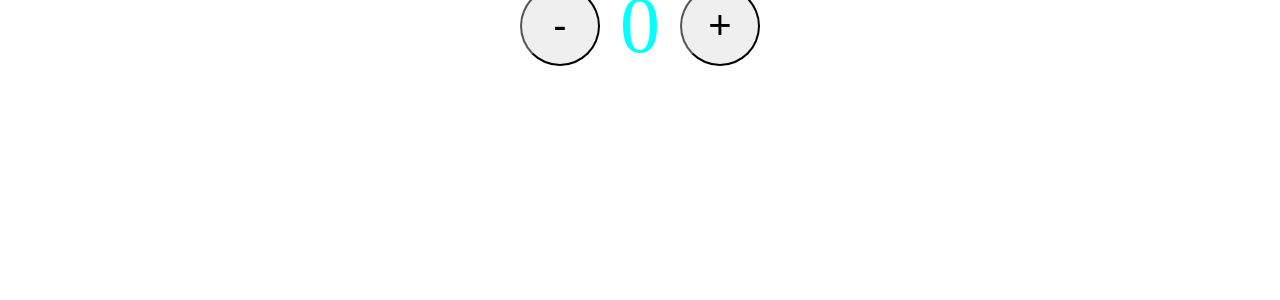
Repository: zRush1202/LoginPage-demo
Page: dom/exercise/counter.html
These files come from the project's save history. The page is drawn as it stood at one moment and after the next save; the edit follows.
The browser window is 1280 px wide. The pictures show the whole page.

Above is the page before, as saved 2023-09-16 20:40:40.

### dom/exercise/counter.html
<!DOCTYPE html>
<html lang="en">
<head>
    <meta charset="UTF-8">
    <meta name="viewport" content="width=device-width, initial-scale=1.0">
    <title>Counter</title>
    <link rel="stylesheet" href="counter.css">
</head>
<body>
    <div class="box">
        <button class="des">-</button>
        <span class="num">0</span>
        <button class="ins">+</button>
    </div>
    <script src="counter.js"></script>
</body>
</html>

### dom/exercise/counter.css
* {
    margin: 0;
    padding: 0;
}

.box {
    display: flex;
    justify-content: center;
    align-items: center;
    text-align: center;
    position: relative;
    bottom: 20px;
}

.num {
    color: aqua;
    text-align: center;
    font-size: 80px;
    margin-left: 20px;
    margin-right: 20px;
}

.des, .ins{
    height: 80px;
    width: 80px;
    font-size: 40px;
    border-radius: 40px;
}

Loaded but not shown: dom/exercise/counter.js (no stored copy; drawn as an empty file)

After the next save:
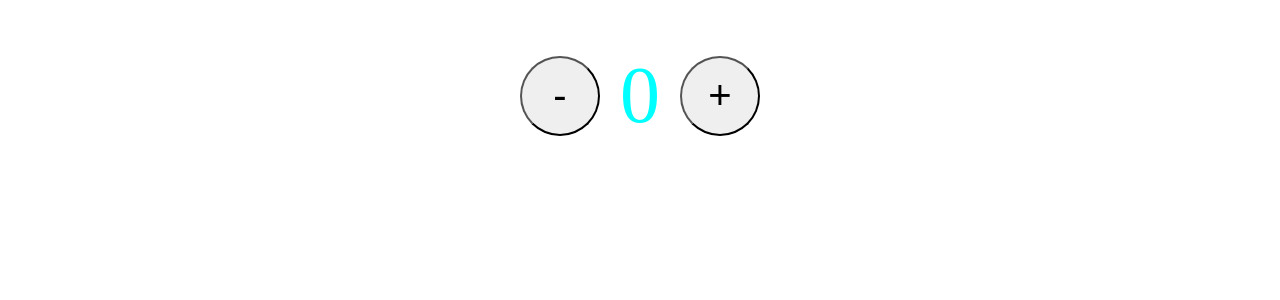
Saved 10 s later.
--- a/dom/exercise/counter.css
+++ b/dom/exercise/counter.css
@@ -9,7 +9,7 @@
     align-items: center;
     text-align: center;
     position: relative;
-    bottom: 20px;
+    top: 50px;
 }
 
 .num {
